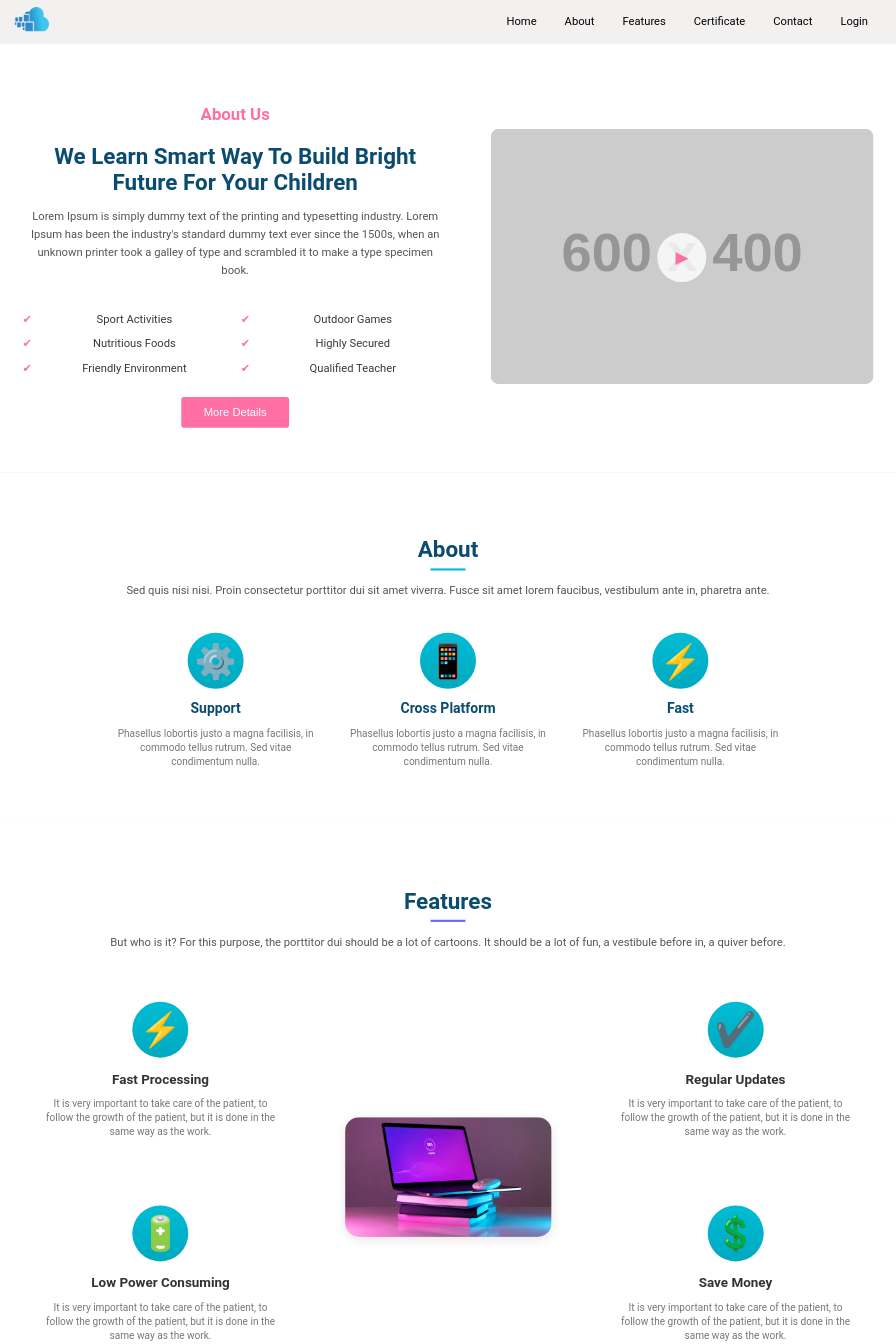
Repository: gautamsonam011/Institute
Page: /
An editor plug-in stored every save of this project. The page is shown before and after the next save, followed by the edit.
The browser window is 1280 px wide. The pictures show the part of the page from y = 0 to 1920 px (the page is 3549 px tall), at 70% of full size.
The project was rebuilt for these pictures with package versions that can differ from the ones it lists, and the page was loaded fresh each time. Also part of the build but not shown: vite.config.js, src/Header.jsx, src/Sidebar.jsx, src/Home.jsx, src/students/Addstudent.jsx, src/students/allstudent.css, src/students/Allstudents.jsx, src/Fee management/feehead.css and 9 more.

Above is the page before, as saved 2024-11-28 10:42:19.

After the next save:
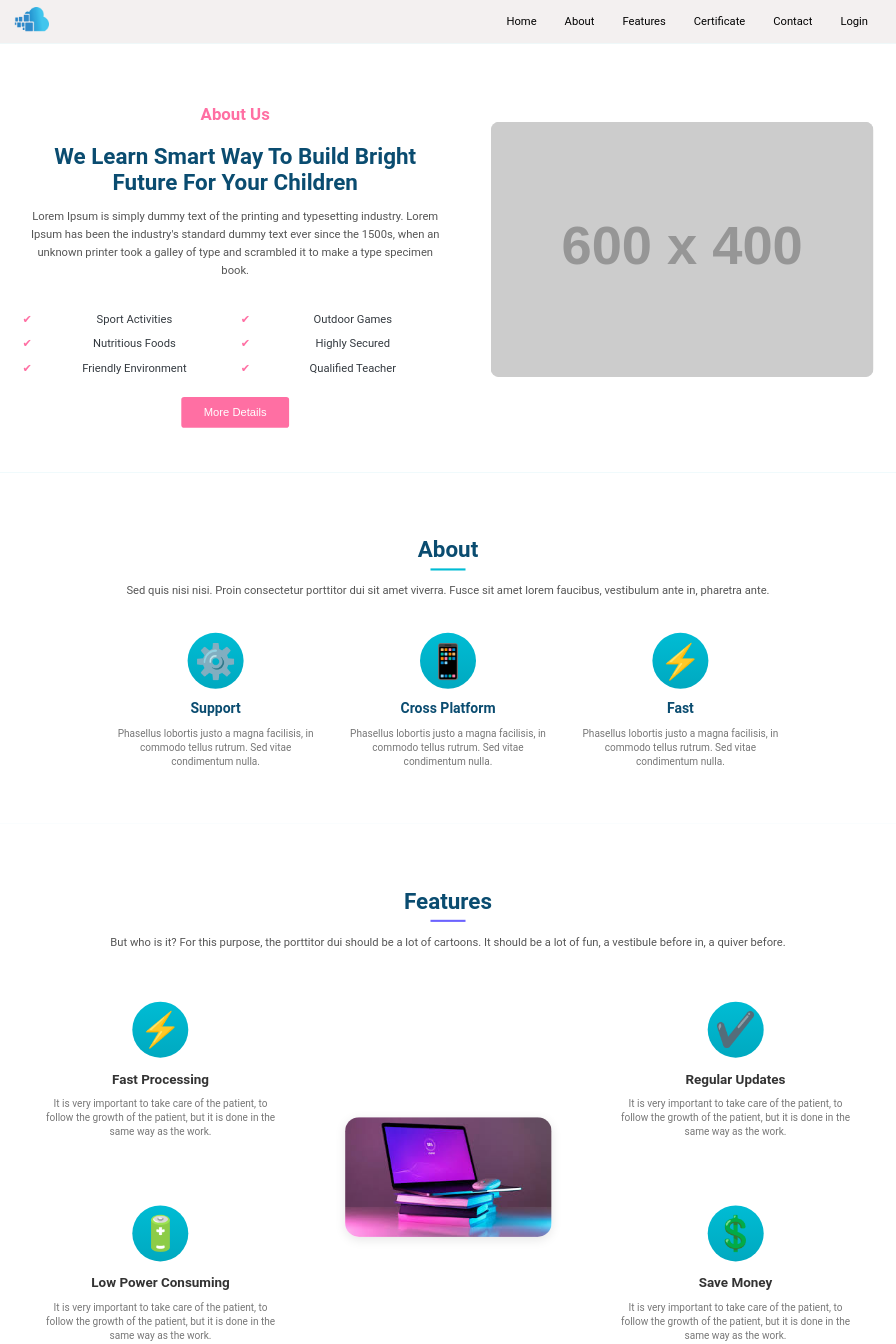
Saved 58 s later.
--- a/src/components/main.css
+++ b/src/components/main.css
@@ -77,7 +77,7 @@
   border-radius: 12px;
 }
 
-.play-button {
+/* .play-button {
   position: absolute;
   top: 50%;
   left: 50%;
@@ -92,7 +92,7 @@
   font-size: 1.5rem;
   color: #ff6fa3;
   cursor: pointer;
-}
+} */
 
 /* Responsive Design */
 @media (max-width: 768px) {
